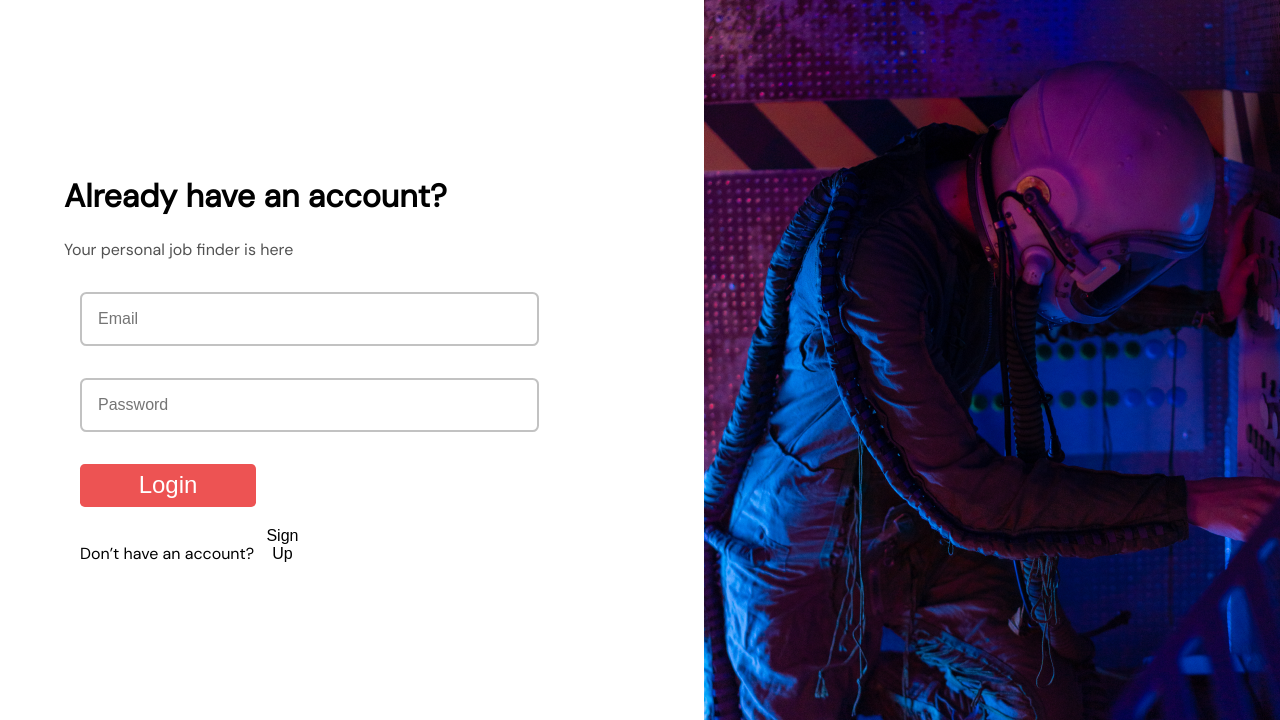
Repository: drumsmanku/node-capstone-project-1
Page: /login (app in client/)
The author's editor kept a copy of each file at every save. The page is drawn from the files as they stood at one save, then again after the next save.
The browser window is 1280 px wide. The pictures show the whole page.
The project was rebuilt for these pictures with package versions that can differ from the ones it lists, and the page was loaded fresh each time. Also part of the build but not shown: client/src/components/Register.js, client/src/components/AddJob.js, client/src/components/Success.js, client/src/components/JobMainPage.js, client/src/components/EditJob.js, client/src/components/JobDetails.css, client/src/components/JobDetails.js, client/src/components/FailedLogin.js and 1 more.

Above is the page before, as saved 2023-07-23 19:14:21.

After the next save:
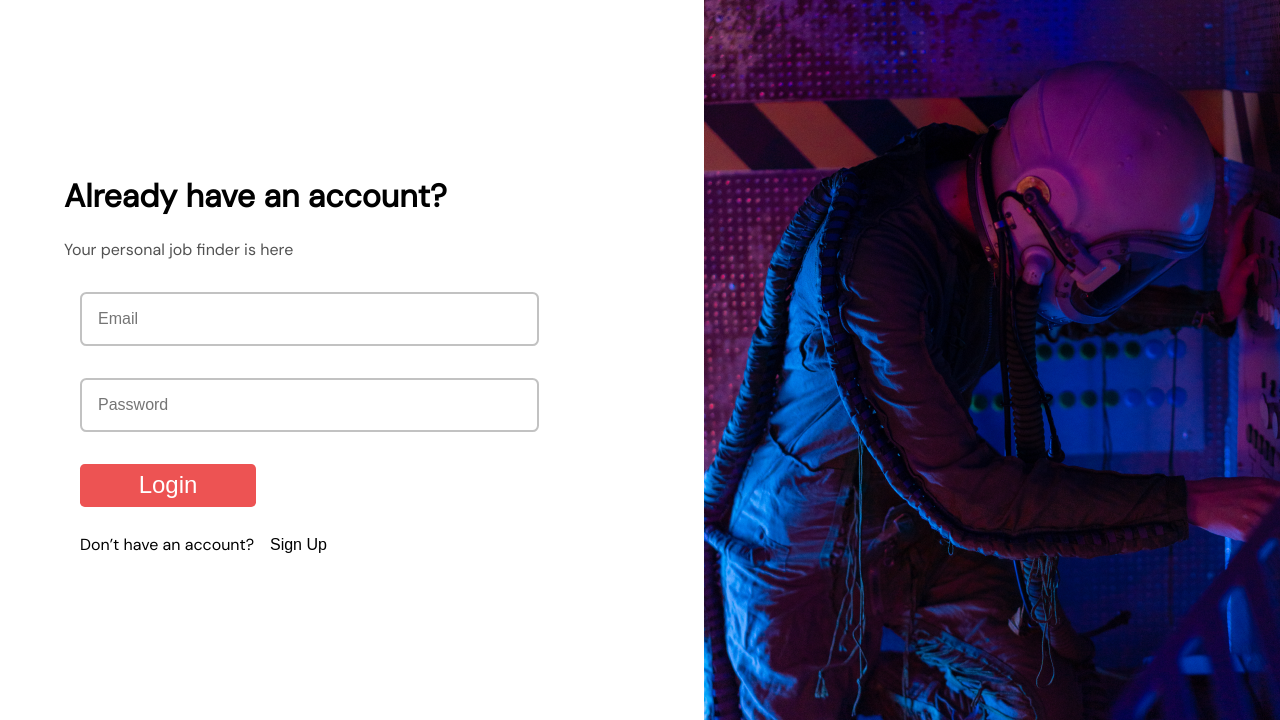
Saved 9 s later.
--- a/client/src/components/Login.js
+++ b/client/src/components/Login.js
@@ -53,7 +53,7 @@ function Login() {
 
           </div>
           <button type='submit' style={{cursor:'pointer'}} onClick={login} >Login</button>
-          <span style={{marginLeft:'5rem'}}>Don’t have an account? <button style={{background:'none', color:'black', fontSize:'medium', margin:0, padding:0, width:'3rem'}} onClick={()=>{navigate('/register')}}>Sign Up</button></span>
+          <span style={{marginLeft:'5rem'}}>Don’t have an account? <button style={{background:'none', color:'black', fontSize:'medium', margin:0, padding:0, width:'5rem'}} onClick={()=>{navigate('/register')}}>Sign Up</button></span>
         </form>
       </div>
       <div className='login-right-container' style={{backgroundImage:`url(${img1})`}}></div>
